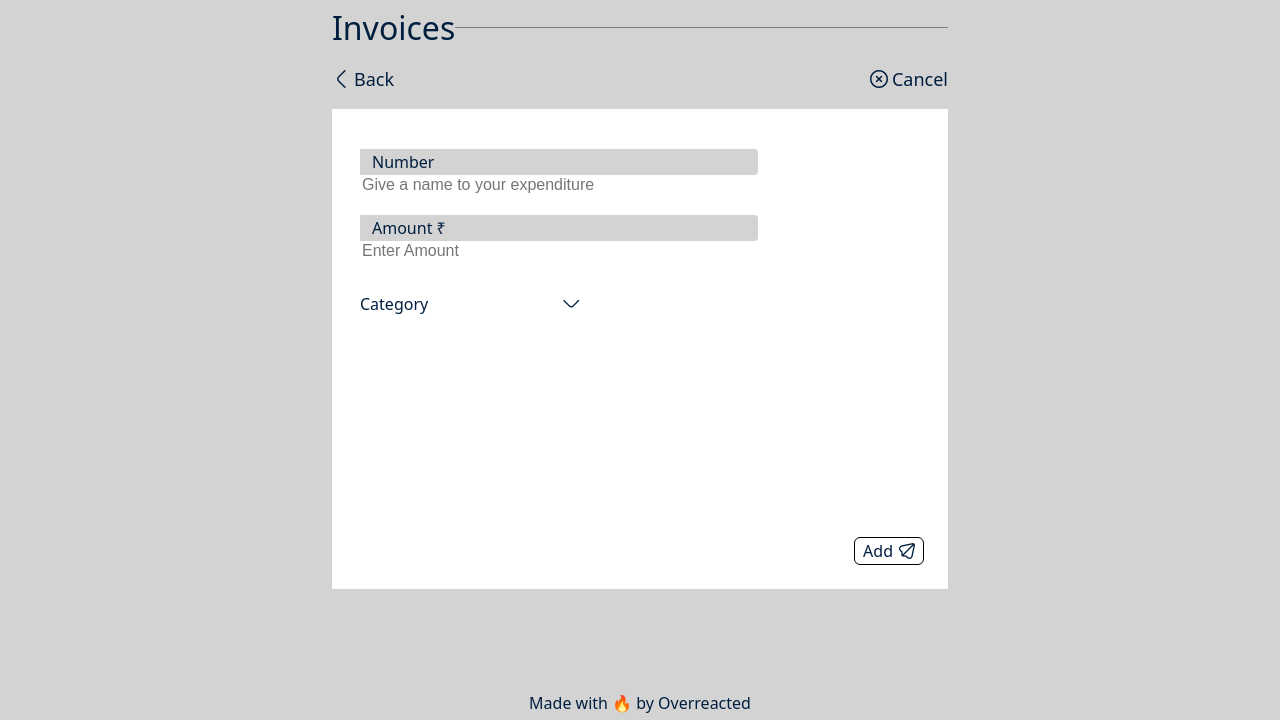
Repository: om1ars/task3
Page: /add-expense
The author's editor kept a copy of each file at every save. The page is drawn from the files as they stood at one save, then again after a run of saves.
The browser window is 1280 px wide. The pictures show the whole page.
Some web libraries are served in a nearby version. The project was rebuilt for these pictures with package versions that can differ from the ones it lists, and the page was loaded fresh each time. Also part of the build but not shown: src/components/add-form/success-modal.css, src/components/expense-list/card.css, src/components/expense-list/card.js, src/components/expense-list/expense-list.css, src/components/expense-list/index.js, src/pages/home/home.css, src/pages/home/index.js.

Above is the page before, as saved 2021-12-18 14:57:57.

### public/index.html
<!DOCTYPE html>
<html lang="en">
  <head>
    <meta charset="utf-8" />
    <link rel="icon" href="%PUBLIC_URL%/favicon.ico" />
    <meta name="viewport" content="width=device-width, initial-scale=1" />
    <meta name="theme-color" content="#000000" />
    <meta name="description" content="SPA to track all your expenses" />
    <link rel="apple-touch-icon" href="%PUBLIC_URL%/logo192.png" />
    <!--
      manifest.json provides metadata used when your web app is installed on a
      user's mobile device or desktop. See https://developers.google.com/web/fundamentals/web-app-manifest/
    -->
    <link rel="manifest" href="%PUBLIC_URL%/manifest.json" />
    <link rel="preconnect" href="https://fonts.googleapis.com" />
    <link rel="preconnect" href="https://fonts.gstatic.com" crossorigin />
    <link
      href="https://fonts.googleapis.com/css2?family=Noto+Sans&display=swap"
      rel="stylesheet"
    />
    <link
      rel="stylesheet"
      href="https://cdn-uicons.flaticon.com/uicons-regular-rounded/css/uicons-regular-rounded.css"
    />
    <link
      rel="stylesheet"
      href="https://cdn.jsdelivr.net/gh/devicons/devicon@v2.12.0/devicon.min.css"
    />
    <title>Xpensr</title>
  </head>
  <body>
    <noscript>You need to enable JavaScript to run this app.</noscript>
    <div id="root"></div>
    <!--
      This HTML file is a template.
      If you open it directly in the browser, you will see an empty page.

      You can add webfonts, meta tags, or analytics to this file.
      The build step will place the bundled scripts into the <body> tag.

      To begin the development, run `npm start` or `yarn start`.
      To create a production bundle, use `npm run build` or `yarn build`.
    -->
  </body>
</html>

### src/index.js
import React from "react";
import ReactDOM from "react-dom";
import "./index.css";
import App from "./App";
import reportWebVitals from "./reportWebVitals";
import { Provider } from "react-redux";
import store from "./redux/store/index";

ReactDOM.render(
  <Provider store={store}>
    <App />
  </Provider>,
  document.getElementById("root")
);

// If you want to start measuring performance in your app, pass a function
// to log results (for example: reportWebVitals(console.log))
// or send to an analytics endpoint. Learn more: https://bit.ly/CRA-vitals
reportWebVitals();

### src/index.css
body {
  margin: 0;
  font-family: "Noto Sans", sans-serif;
  -webkit-font-smoothing: antialiased;
  -moz-osx-font-smoothing: grayscale;
  background-color: lightgray;
  color: #001f3f;
}
a {
  text-decoration: none;
  color: #001f3f;
}
.button {
  /* background: #71ccca; */
  box-shadow: 20px 20px 60px #60adac, -20px -20px 60px #82ebe8;
}
code {
  font-family: source-code-pro, Menlo, Monaco, Consolas, "Courier New",
    monospace;
}

### src/App.js
import React from "react";
import { BrowserRouter as Router, Route, Switch } from "react-router-dom";
import Footer from "./components/footer";
import Header from "./components/header";
import AddExpense from "./pages/add-expense";
import Home from "./pages/home/index";

const App = () => {
  return (
    <Router>
      <Header />
      <Switch>
        <Route path="/" exact component={Home} />
        <Route path="/add-expense" component={AddExpense} />
      </Switch>
      <Footer />
    </Router>
  );
};

export default App;

### src/redux/store/index.js
import { combineReducers, createStore } from "redux";
import { expenseReducer } from "../reducers/expenses";
const reducer = combineReducers({
  expenses: expenseReducer,
});
const initialState = {};
const store = createStore(reducer, initialState);

export default store;

### src/components/footer/index.js
import React from "react";
import "./footer.css";
const Footer = () => {
  return <footer>Made with 🔥 by Overreacted</footer>;
};

export default Footer;

### src/components/header/index.js
import React from "react";
import "./header.css";
const Header = () => {
  return (
    <div className="header-container">
      <div className="header" style={{ display: "flex", alignItems: "center" }}>
        <div className="header-logo">
          Invoices
        </div>
        <div
          style={{ height: "1px", width: "100%", backgroundColor: "gray" }}
        ></div>
      </div>
    </div>
  );
};

export default Header;

### src/pages/add-expense/index.js
import React from "react";
import AddForm from "../../components/add-form";
import TopFold from "../../components/top-fold";
import "./add-expense.css";
const AddExpense = () => {
  return (
    <div className="add-expense">
      <TopFold />
      <AddForm />
    </div>
  );
};

export default AddExpense;

### src/redux/reducers/expenses.js
import {
  ADD_EXPENSE,
  DELETE_EXPENSE,
  SEARCH_EXPENSE,
} from "../action-types/expenses";

const initialList = () => {
  const list = localStorage.getItem("expense-list");
  let expenses = [];
  if (list) {
    expenses = JSON.parse(list);
  }
  return expenses;
};
const initialState = {
  expenseList: initialList(),
  query: "",
};

export const expenseReducer = (state = initialState, action) => {
  switch (action.type) {
    case ADD_EXPENSE: {
      localStorage.setItem(
        "expense-list",
        JSON.stringify([...state.expenseList, action.data])
      );
      return {
        ...state,
        expenseList: [...state.expenseList, action.data],
        query: "",
      };
    }
    case DELETE_EXPENSE: {
      const { data } = action;
      const updatedList = state.expenseList.filter(
        (item) => item.createdAt !== data.createdAt
      );
      localStorage.setItem("expense-list", JSON.stringify(updatedList));
      return {
        ...state,
        expenseList: updatedList,
      };
    }
    case SEARCH_EXPENSE: {
      const { query } = action;
      return {
        ...state,
        query,
      };
    }
    default:
      return {
        ...state,
      };
  }
};

### src/components/footer/footer.css
footer {
  width: 100%;
  position: fixed;
  bottom: 0;
  display: flex;
  justify-content: center;
  align-items: center;
  padding-bottom: 6px;
}

### src/components/header/header.css
.header-container {
  width: 50%;
  margin: auto;
}
.header {
  display: flex;
  justify-content: space-between;
  align-items: center;
  flex: 1;
  margin: 6px 12px;
}
.header-logo {
  display: flex;
  align-items: center;
  font-size: 32px;
  font-weight: 500;
}
.header-logo i {
  display: flex;
  align-items: center;
  margin-left: 6px;
}

.header-button {
  font-size: 20px;
  display: flex;
  justify-content: center;
  align-items: center;
  border: 1px solid black;
  border-radius: 6px;
  padding: 0px 8px;
}
.header-button i {
  margin-right: 4px;
}

@media only screen and (max-width: 1024px) {
  .header-container {
    width: 90%;
  }
  .header-logo {
    font-size: 28px;
  }
  .header-button {
    font-size: 18px;
  }
}

@media only screen and (max-width: 512px) {
  .header-container {
    width: 100%;
  }
  .header-logo {
    font-size: 24px;
  }
  .header-button {
    font-size: 16px;
  }
}

### src/components/add-form/index.js
import React, { useState } from "react";
import { categories } from "../../constants/add-expense";
import "react-toastify/dist/ReactToastify.css";
import "./add-form.css";
import { toast, ToastContainer } from "react-toastify";
import { useDispatch } from "react-redux";
import { addExpense } from "../../redux/actions/expenses";
import SuccessModal from "./success-modal";

const AddForm = () => {
  const [categoryOpen, setCategoryOpen] = useState(false);
  const cat = categories;
  const [title, setTitle] = useState("");
  const [amount, setAmount] = useState("");
  const [category, setCategory] = useState();
  const dispatch = useDispatch();
  const [modalOpen, setModalOpen] = useState(false);
  const handleTitle = (e) => {
    setTitle(e.target.value);
  };
  const handleAmount = (e) => {
    const val = parseFloat(e.target.value);
    if (isNaN(val)) {
      setAmount("");
      return;
    }
    setAmount(val);
  };
  const handleCategory = (category) => {
    setCategory(category);
    setCategoryOpen(false);
    console.log(category);
  };

  const handleSubmit = () => {
    if (title === "" || amount === "" || !category) {
      const notify = () => toast("Please enter complete data");
      notify();
      return;
    }
    const data = {
      title,
      amount,
      category,
      createdAt: new Date(),
    };
    dispatch(addExpense(data));
    setModalOpen(!modalOpen);
  };

  return (
    <div className="add-form">
      <SuccessModal modalOpen={modalOpen} />
      <ToastContainer
        position="bottom-left"
        autoClose={1500}
        hideProgressBar={false}
        newestOnTop={false}
        closeOnClick
      />
      <div>
        <div className="form-item">
          <label>Number</label>
          <input
            placeholder="Give a name to your expenditure"
            value={title}
            onChange={(e) => handleTitle(e)}
          />
        </div>
        <div className="form-item">
          <label>Amount ₹</label>
          <input
            placeholder="Enter Amount"
            className="amount-input"
            onChange={(e) => handleAmount(e)}
            value={amount}
          />
        </div>
      </div>

      <div className="category-container-parent">
        <div className="category">
          <div
            className="category-dropdown"
            onClick={() => setCategoryOpen(!categoryOpen)}
          >
            <label>{category ? category.title : "Category"}</label>
            <i class="fi-rr-angle-down"></i>
          </div>
          {categoryOpen && (
            <div className="category-container">
              {cat.map((category) => (
                <div
                  className="category-item"
                  style={{ borderRight: `5px solid ${category.color}` }}
                  key={category.id}
                  onClick={() => handleCategory(category)}
                ></div>
              ))}
            </div>
          )}
        </div>
      </div>
      <div className="form-add-button">
        <div onClick={handleSubmit}>
          <label>Add</label>
          <i class="fi-rr-paper-plane"></i>
        </div>
      </div>
    </div>
  );
};

export default AddForm;

### src/components/top-fold/index.js
import React, { useEffect, useState } from "react";
import { Link, useLocation } from "react-router-dom";
import "./top-fold.css";
import { useDispatch } from "react-redux";
import { searchExpense } from "../../redux/actions/expenses";
const TopFold = () => {
  const [query, setQuery] = useState("");
  const dispatch = useDispatch();
  const handleQuery = (e) => {
    setQuery(e.target.value);
    dispatch(searchExpense(e.target.value));
  };
  return (
    <div className="topfold">
      {window.location.pathname === "/" ? (
        <div className="home-topfold">
          <Link to="/add-expense">
            <div
              className="add-button"
              style={{
                width: "700px",
                backgroundColor: "white",
                padding: 15,
              }}
            >
              <div style={{ marginBottom: 10 }}>Actions</div>
              <label
                style={{
                  padding: "6px 28px",
                  borderRadius: "5px",
                  backgroundColor: "blue",
                }}
              >
                Add
              </label>
            </div>
          </Link>
        </div>
      ) : (
        <div className="add-topfold">
          <Link to="/">
            <div className="add-topfold-button">
              <i class="fi-rr-angle-left"></i>
              <label>Back</label>
            </div>
          </Link>
          <Link to="/">
            <div className="add-topfold-button">
              <i class="fi-rr-cross-circle"></i>
              <label>Cancel</label>
            </div>
          </Link>
        </div>
      )}
    </div>
  );
};

export default TopFold;

### src/pages/add-expense/add-expense.css
.add-expense {
  width: 50%;
  margin: auto;
}

@media only screen and (max-width: 1024px) {
  .add-expense {
    width: 90%;
  }
}

@media only screen and (max-width: 512px) {
  .add-expense {
    width: 100%;
  }
}

### src/redux/action-types/expenses.js
export const ADD_EXPENSE = "ADD_EXPENSE";

export const DELETE_EXPENSE = "DELETE_EXPENSE";

export const SEARCH_EXPENSE = "SEARCH_EXPENSE";

### src/constants/add-expense.js
export const categories = [
  {
    id: 1,
    title: "Education",
    icon: require("../assets/images/education.png"),
    color: "#A95EC2",
  },
  {
    id: 2,
    title: "Healthcare",
    icon: require("../assets/images/healthcare.png"),
    color: "#FF768A",
  },
  {
    id: 3,
    title: "Shopping",
    icon: require("../assets/images/shopping.png"),
    color: "#EC60AB",
  },
  {
    id: 4,
    title: "Food",
    icon: require("../assets/images/food.png"),
    color: "#FF9E6D",
  },
  {
    id: 5,
    title: "Other",
    icon: require("../assets/images/entertainment.png"),
    color: "#FFCB5E",
  },
];

### src/components/add-form/add-form.css
.add-form {
  background: white;
  /* box-shadow: 20px 20px 60px #60adac, -20px -20px 60px #82ebe8; */
  margin: 6px 12px;
  padding: 24px;
  display: flex;
  flex-direction: column;
  /* flex-wrap: wrap; */
  flex: 1;
  height: 60vh;
}
.form-item {
  margin: 12px 0px;
  width: 70%;
  display: flex;
  flex-direction: column;
  padding: 4px;
  border-radius: 6px;
  background-color: white;
}
.form-item label {
  background-color: lightgrey;
  padding: 2px 12px;
  border-radius: 0px 4px 4px 0px;
}
.form-item input {
  font-size: 16px;
  border: none;
  width: 70%;
  outline: none;
}
.category-container-parent {
  display: flex;
  flex-direction: column;
  flex: 1;
}
.category {
  position: relative;
  width: 40%;
}
.category-dropdown {
  display: flex;
  justify-content: space-between;
  align-items: center;
  margin: 12px 0px;
  background-color: white;
  border-radius: 6px;
  padding: 4px;
}
.category-dropdown i {
  display: flex;
  align-items: center;
}

.category-container {
  display: flex;
  position: absolute;
  width: 100%;
  flex-direction: column;
  background: #ffffff;
}

.category-item {
  width: 98%;
  display: flex;
  justify-content: space-between;
  padding: 8px 0px;
  cursor: pointer;
}
.category-item img {
  height: 32px;
  margin-right: 20px;
}

.form-add-button {
  display: flex;
  justify-content: flex-end;
}
.form-add-button div {
  display: flex;
  border: 1px solid black;
  padding: 2px 8px;
  border-radius: 6px;
  cursor: pointer;
}

.form-add-button div i {
  display: flex;
  align-items: center;
  margin-left: 6px;
}

@media only screen and (max-width: 1024px) {
  .form-item {
    width: 100%;
  }
  .form-item input {
    width: 70%;
  }
  .amount-input {
    width: 50% !important;
  }
  .category {
    width: 80%;
  }
}

### src/redux/actions/expenses.js
import {
  ADD_EXPENSE,
  DELETE_EXPENSE,
  SEARCH_EXPENSE,
} from "../action-types/expenses";

export const addExpense = (data) => {
  return {
    type: ADD_EXPENSE,
    data,
  };
};

export const deleteExpense = (data) => {
  console.log(data, "Action");
  return {
    type: DELETE_EXPENSE,
    data,
  };
};

export const searchExpense = (query) => {
  console.log(query);
  return {
    type: SEARCH_EXPENSE,
    query,
  };
};

### src/components/add-form/success-modal.js
import React from "react";
import Modal from "react-modal";
import { Link } from "react-router-dom";
import "./success-modal.css";
const SuccessModal = ({ modalOpen, setModalOpen }) => {
  const customStyles = {
    content: {
      top: "50%",
      left: "50%",
      right: "auto",
      bottom: "auto",
      marginRight: "-50%",
      transform: "translate(-50%, -50%)",
      backgroundColor: "#71ccca",
      borderRadius: "12px",
    },
  };
  return (
    <Modal isOpen={modalOpen} style={customStyles}>
      <div className="modal-inner">
        <label>Expense Added Successfully!</label>
        <img
          src={require("../../assets/images/added-image.png").default}
          alt="Expense Added"
          className="added-image"
        />
        <Link to="/">
          <div className="take-home-button">
            <i class="fi-rr-home"></i>
            Home
          </div>
        </Link>
      </div>
    </Modal>
  );
};

export default SuccessModal;

### src/components/top-fold/top-fold.css
.topfold {
  display: flex;
  justify-content: space-between;
  margin: 6px 12px;
  padding: 12px 0px;
  align-items: center;
}
.home-topfold {
  display: flex;
  justify-content: space-between;
  flex: 1;
}
.searchbar {
  display: flex;
  align-items: center;
  width: 50%;
  background-color: white;
  border-radius: 12px;
}
.searchbar input {
  width: 80%;
  outline: none;
  padding: 8px 0px;
  border: none;
  margin-left: 6px;
  background-color: white;
}

.searchbar i {
  display: flex;
  align-items: center;
  margin-left: 6px;
}

.add-button {
  /* display: flex; */
  align-items: center;
  border-radius: 4px;
  border: 1px solid white;
  font-size: 20px;
  padding: 0px 8px;
  border-radius: 6px;
  cursor: pointer;
}

.add-button i {
  display: flex;
  align-items: center;
  margin-right: 4px;
}
.add-topfold {
  display: flex;
  justify-content: space-between;
  flex: 1;
}
.add-topfold-button {
  display: flex;
  align-items: center;
  font-size: 18px;
  cursor: pointer;
}
.add-topfold-button i {
  display: flex;
  align-items: center;
  margin-right: 4px;
}

@media only screen and (max-width: 1024px) {
  .add-button {
    font-size: 18px;
  }
  .searchbar {
    width: 70%;
  }
}

@media only screen and (max-width: 512px) {
  .add-button {
    font-size: 16px;
  }
}

Loaded but not shown: src/reportWebVitals.js (common file)

After the next 2 saves:
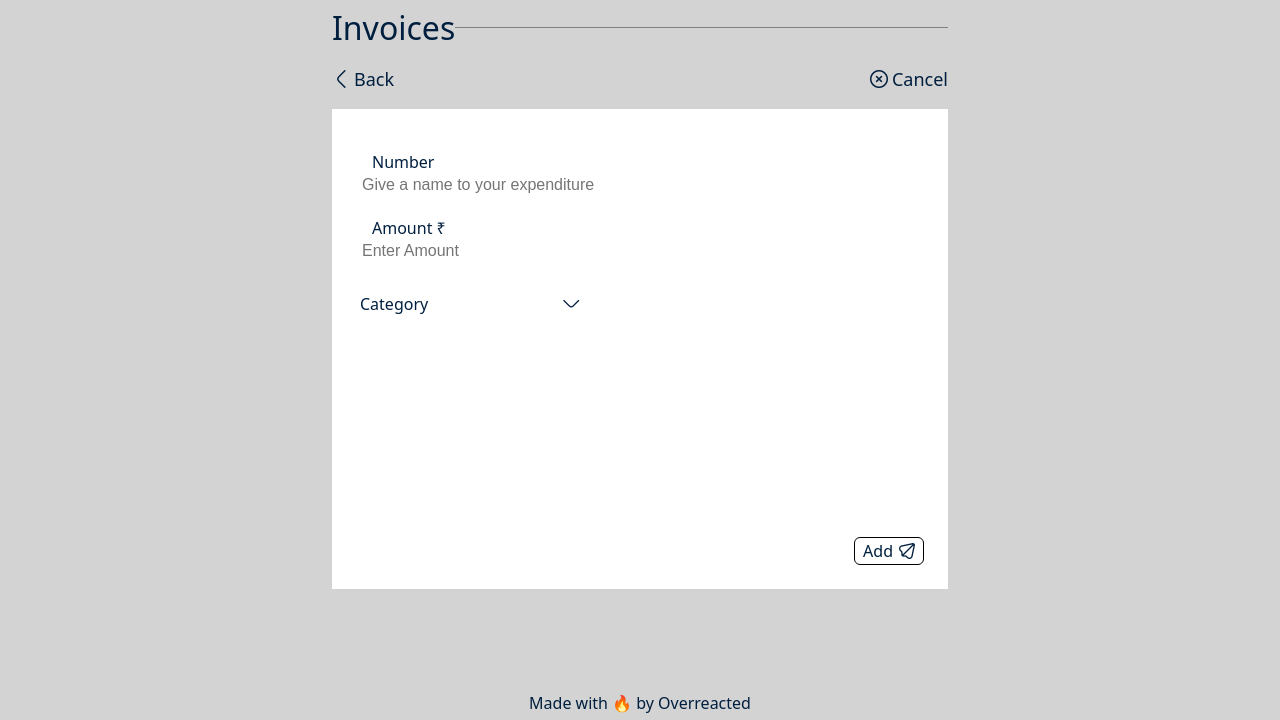
The 2 saves are shown as one change because they came seconds apart.
The last was saved 13 s later.
--- a/src/components/add-form/add-form.css
+++ b/src/components/add-form/add-form.css
@@ -19,9 +19,7 @@
   background-color: white;
 }
 .form-item label {
-  background-color: lightgrey;
   padding: 2px 12px;
-  border-radius: 0px 4px 4px 0px;
 }
 .form-item input {
   font-size: 16px;
